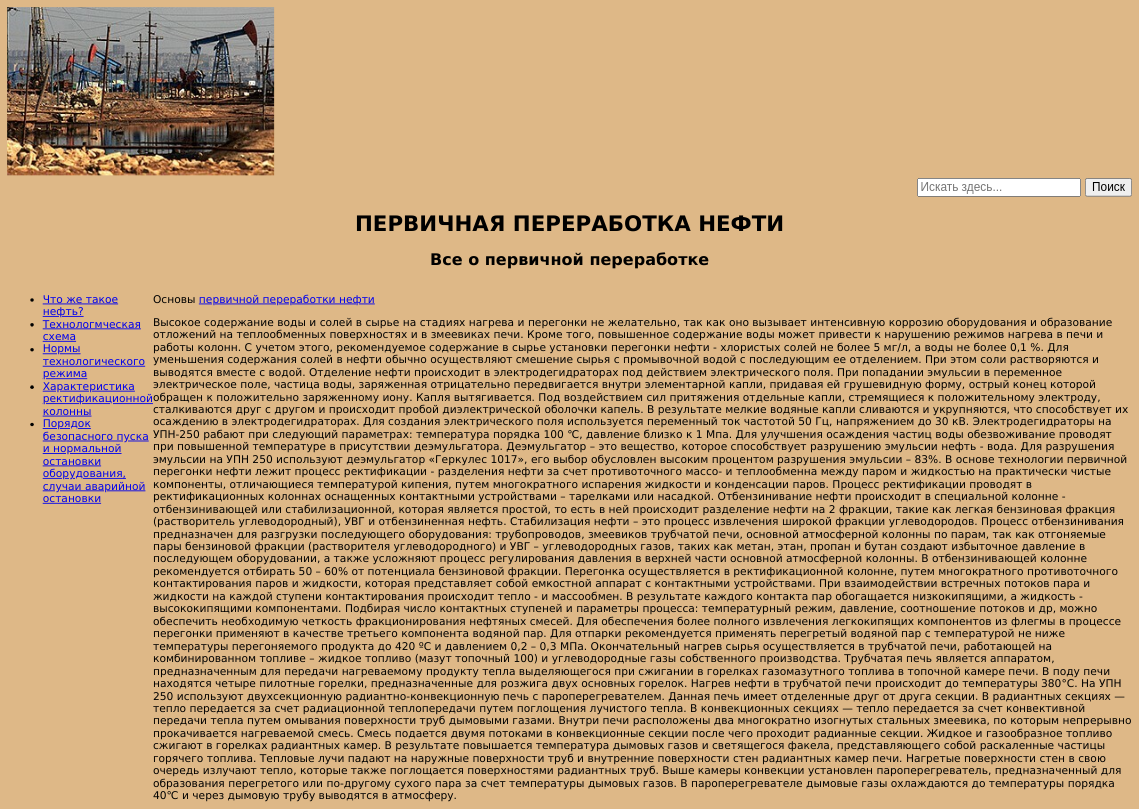
Repository: NastyaSeleznev/NastyaSeleznev.githab.io
Page: week1/index.html
The author's editor kept a record of every edit. The page is drawn from the files as they stood at one moment, then again after the next edit.
The browser window is 1280 px wide. The pictures show the whole page, at 89% of full size.

Above is the page before.

### week1/index.html
<!doctype html>
	<html>
		<head>
			<meta charset="utf-8">
			<link href="style.css" rel="stylesheet">
		<title>Переработка нефти и газа</title>
		</head>
		<body>
			<header>
		<img src="dobycha-nefti.jpg">
		<form action="https://www.google.com/search" method="get" align="right">
  <input name="s" placeholder="Искать здесь..." type="search">
  <button type="submit">Поиск</button>
</form>
		<h1 align="center">ПЕРВИЧНАЯ ПЕРЕРАБОТКА НЕФТИ</h1>
			</header>
				<h2 align="center">Все о первичной переработке</h2>
				<div id="flex"
			<nav>
					<ul>
	<li><a href="nevti.html">Что же такое нефть?</a></li>
	<li><a href="sxem.html">Технологмческая схема</a></li>
	<li><a href="norm.html">Нормы технологического режима</a></li>
	<li><a href="harakter.html">Характеристика ректификационной колонны</a></li>
	<li><a href="por.html">Порядок безопасного пуска и нормальной остановки оборудования, случаи аварийной остановки</a></li>
	</ul>
	</nav>
				<main>
			<p>Основы <a href="https://ds03.infourok.ru/uploads/ex/0b51/000527e8-bca75ad9/640/img19.jpg">первичной переработки нефти</a></p>
			Высокое содержание воды и солей в сырье на стадиях нагрева и перегонки не желательно, так как оно вызывает интенсивную коррозию оборудования и образование отложений на теплообменных поверхностях и в змеевиках печи. Кроме того, повышенное  содержание воды может  привести к нарушению режимов нагрева в печи  и работы колонн.
С учетом этого, рекомендуемое содержание в сырье установки перегонки нефти - хлористых солей не более 5 мг/л,  а воды не более 0,1 %.
Для уменьшения содержания солей в нефти обычно осуществляют смешение сырья с промывочной водой с последующим ее отделением. При этом соли растворяются и выводятся вместе с водой.
Отделение нефти происходит в электродегидраторах под действием электрического поля.
При попадании эмульсии в переменное электрическое поле, частица воды, заряженная отрицательно передвигается внутри элементарной капли, придавая ей грушевидную форму, острый конец которой обращен к положительно заряженному иону. Капля вытягивается. Под воздействием сил притяжения отдельные капли, стремящиеся к положительному электроду, сталкиваются друг с другом и происходит пробой диэлектрической оболочки капель. В результате мелкие водяные капли сливаются и укрупняются, что способствует их осаждению  в электродегидраторах. Для создания электрического поля используется переменный ток частотой 50 Гц, напряжением до 30 кВ. Электродегидраторы на УПН-250 рабают при следующий параметрах: температура  порядка 100 ℃, давление близко к 1 Мпа.
Для улучшения осаждения частиц воды обезвоживание проводят при повышенной температуре в присутствии деэмульгатора.
Деэмульгатор – это вещество, которое способствует разрушению эмульсии нефть - вода. Для разрушения эмульсии на УПН 250 используют деэмульгатор «Геркулес 1017», его выбор обусловлен высоким процентом разрушения эмульсии – 83%.
В основе технологии первичной перегонки нефти лежит процесс ректификации - разделения нефти за счет противоточного массо- и теплообменна между паром и жидкостью на практически чистые компоненты, отличающиеся температурой кипения, путем многократного испарения жидкости и конденсации паров.
Процесс ректификации проводят в ректификационных колоннах оснащенных контактными устройствами – тарелками или насадкой.
Отбензинивание нефти происходит в специальной колонне - отбензинивающей или стабилизационной, которая является простой, то есть в ней происходит разделение нефти на 2 фракции, такие как легкая бензиновая фракция (растворитель углеводородный), УВГ и отбензиненная нефть.
Стабилизация нефти – это процесс извлечения широкой фракции углеводородов.
Процесс отбензинивания предназначен для разгрузки последующего оборудования: трубопроводов, змеевиков трубчатой печи, основной атмосферной колонны по парам, так как отгоняемые пары бензиновой фракции (растворителя углеводородного) и УВГ – углеводородных газов, таких как метан, этан, пропан и бутан создают избыточное давление в последующем оборудовании, а также усложняют процесс регулирования давления в верхней части основной атмосферной колонны.
В отбензинивающей колонне рекомендуется отбирать 50 – 60% от потенциала бензиновой фракции.
Перегонка осуществляется в ректификационной колонне, путем многократного противоточного контактирования паров и жидкости, которая представляет собой емкостной аппарат с контактными устройствами.
 При взаимодействии встречных потоков пара и жидкости на каждой ступени контактирования происходит тепло - и массообмен. В результате каждого контакта пар обогащается низкокипящими, а жидкость - высококипящими компонентами.
Подбирая число контактных ступеней и параметры процесса: температурный режим, давление, соотношение потоков и др, можно обеспечить необходимую четкость фракционирования нефтяных смесей.
Для обеспечения более полного извлечения легкокипящих компонентов из флегмы в процессе перегонки применяют в качестве третьего компонента водяной пар.
Для отпарки рекомендуется применять перегретый водяной пар с температурой не ниже температуры перегоняемого продукта до 420 ºС и давлением 0,2 – 0,3 МПа.
Окончательный нагрев сырья осуществляется в трубчатой печи, работающей на комбинированном топливе – жидкое топливо (мазут топочный 100) и углеводородные газы собственного производства.
Трубчатая печь является аппаратом, предназначенным для передачи нагреваемому продукту тепла выделяющегося при сжигании в горелках  газомазутного топлива в топочной камере печи.
В поду печи находятся четыре пилотные горелки, предназначенные для розжига двух основных горелок.
Нагрев нефти в трубчатой печи происходит до температуры 380°С.
На УПН 250 используют двухсекционную радиантно-конвекционную печь с пароперегревателем. Данная печь имеет отделенные друг от друга секции. В радиантных секциях — тепло передается за счет радиационной теплопередачи путем поглощения лучистого тепла.
В конвекционных секциях — тепло передается за счет конвективной передачи тепла путем омывания поверхности труб дымовыми газами.
 Внутри печи расположены два многократно изогнутых стальных змеевика, по которым непрерывно прокачивается нагреваемой смесь. Смесь подается двумя потоками  в конвекционные секции после чего проходит радианные секции. Жидкое и газообразное топливо сжигают в горелках радиантных камер.
В результате повышается температура дымовых газов и светящегося факела, представляющего собой раскаленные частицы горячего топлива.
Тепловые лучи падают на наружные поверхности труб и внутренние поверхности стен радиантных камер печи. Нагретые поверхности стен в свою очередь излучают тепло, которые также поглощается поверхностями радиантных труб.
Выше камеры конвекции установлен пароперегреватель, предназначенный для образования перегретого или по-другому сухого пара за счет температуры дымовых газов. В пароперегревателе дымовые газы охлаждаются до температуры порядка 40℃ и через дымовую трубу выводятся в атмосферу.


			</main>
			</div>
		</body>
	</html>
	<main>

### week1/style.css
body {
  background-color: #DEB887;
  word-wrap: break-word;
  font-size: 75%;
  font-family: Verdana, Arial, Sans-Serif;
}
#flex {
  display: flex;
  flex-direction: row;
  justify-content: flex-start;
}
nav {
     background-color: #ececec;
}

After the next edit:
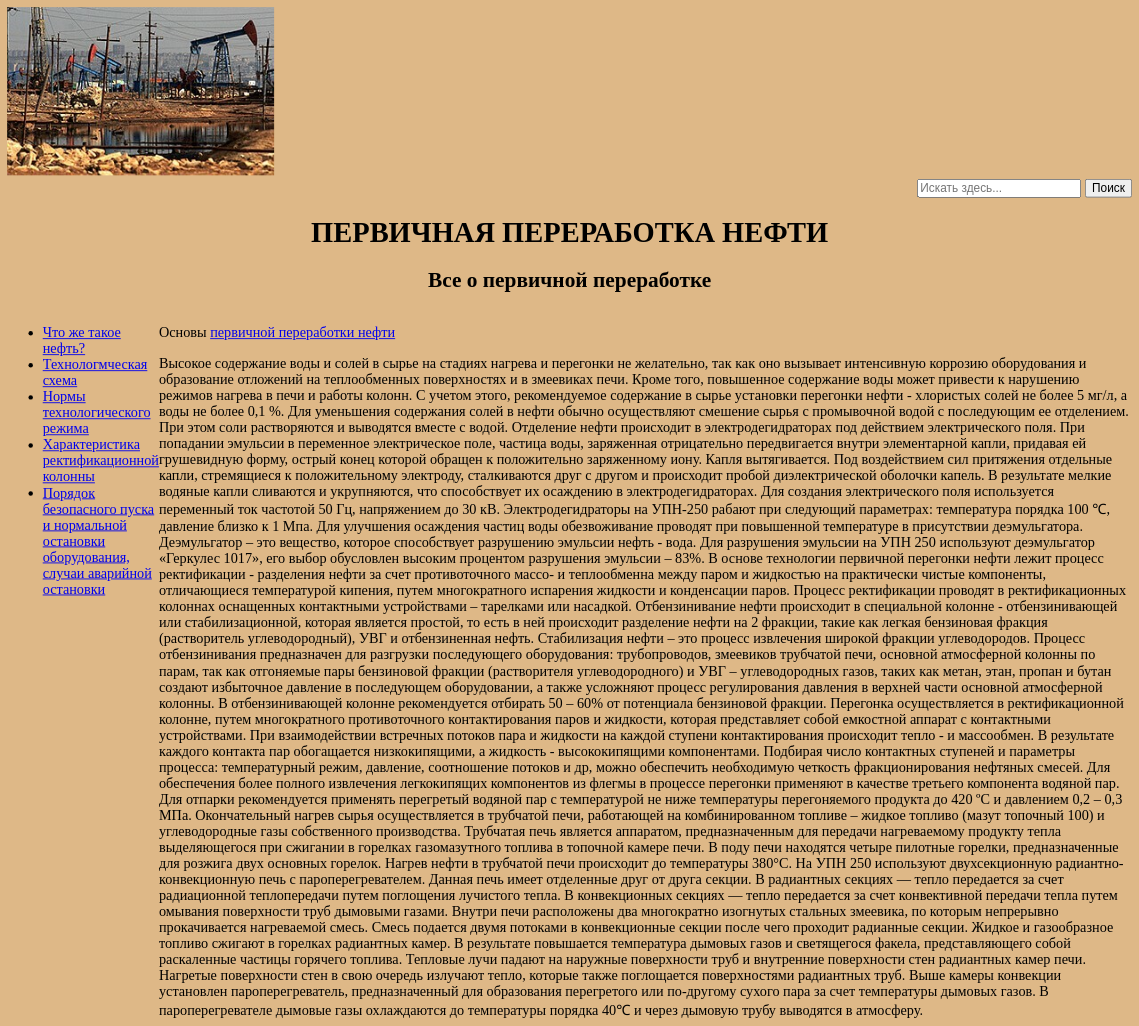
The edit:
--- a/week1/style.css
+++ b/week1/style.css
@@ -1,8 +1,5 @@
 body {
   background-color: #DEB887;
-  word-wrap: break-word;
-  font-size: 75%;
-  font-family: Verdana, Arial, Sans-Serif;
 }
 #flex {
   display: flex;
